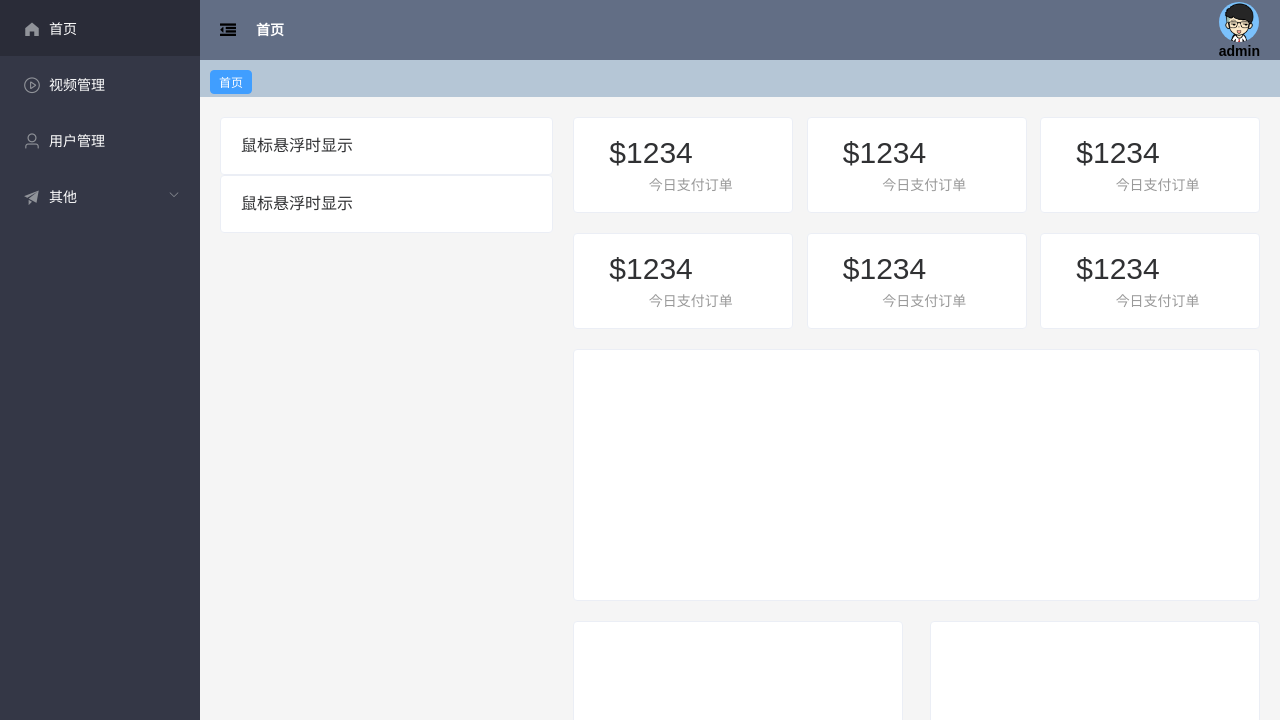
Repository: coWhy/vue-manage
Page: /
These files come from the project's save history. The page is drawn as it stood at one moment and after the next save; the edit follows.
The browser window is 1280 px wide. The pictures show the whole page.
An inner scrolling area shows only its first screen. The project was rebuilt for these pictures with package versions that can differ from the ones it lists, and the page was loaded fresh each time. Also part of the build but not shown: vue.config.js.

Above is the page before, as saved 2020-04-13 22:55:16.

After the next save:
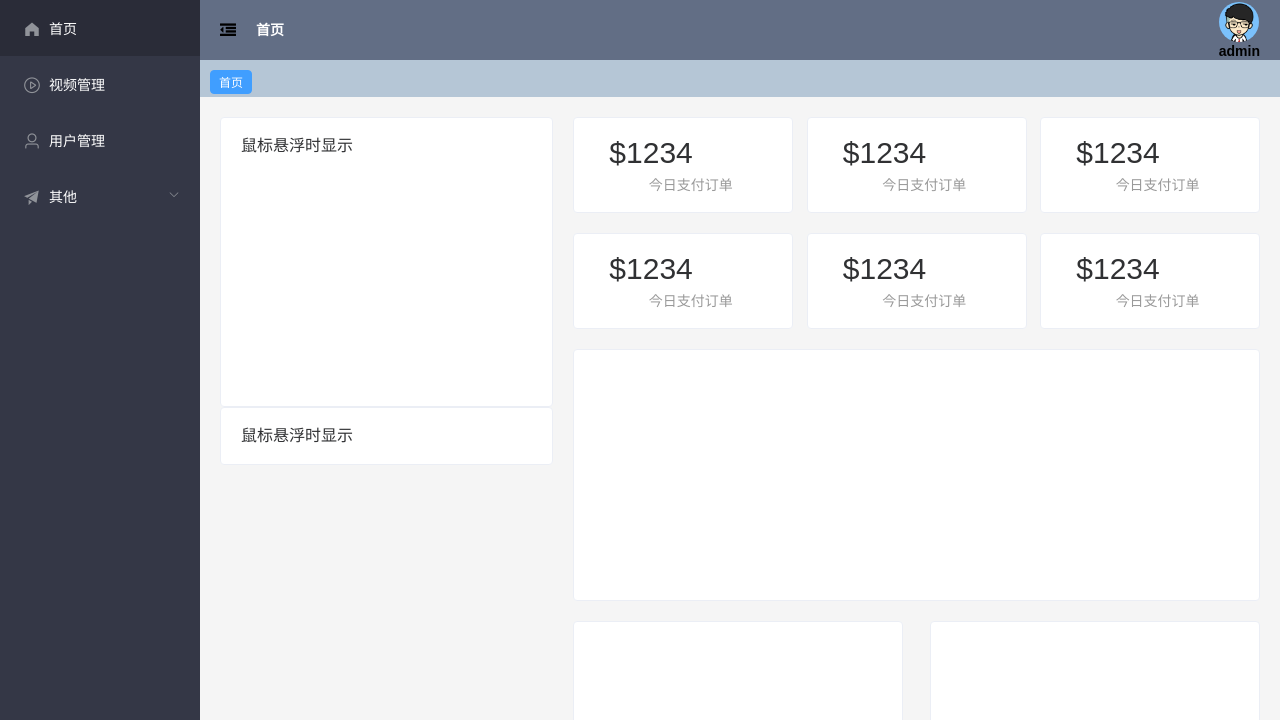
Saved 116 s later.
--- a/src/views/home/index.vue
+++ b/src/views/home/index.vue
@@ -2,7 +2,7 @@
   <el-row class="home" :gutter="20">
     <!-- 左侧 -->
     <el-col :span="8">
-      <el-card shadow="hover">
+      <el-card shadow="hover" style="height:290px">
         鼠标悬浮时显示
       </el-card>
       <el-card shadow="hover">
